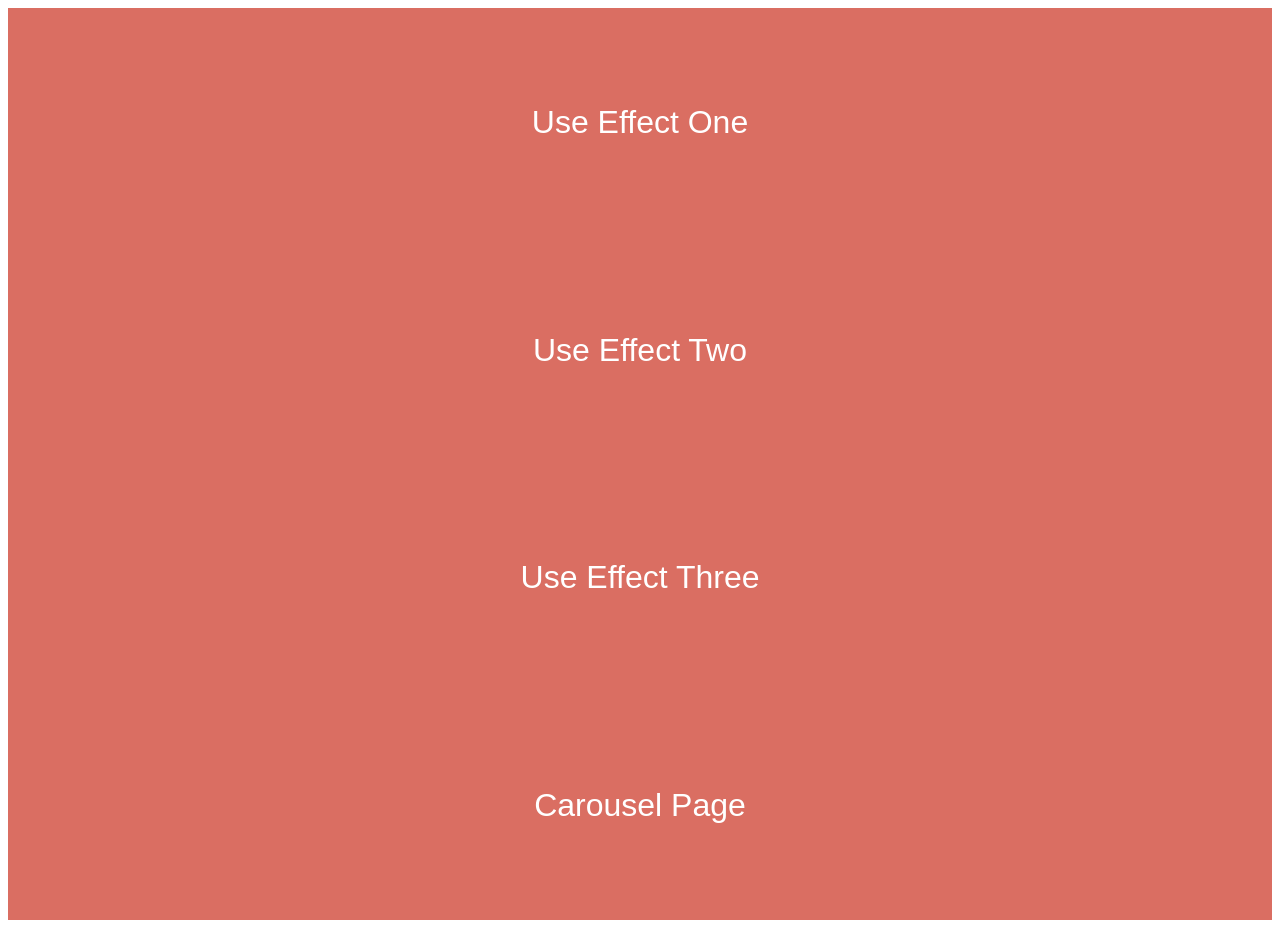
Repository: RonanKhalilOlaes/Class08
Page: /
These files come from the project's save history. The page is drawn as it stood at one moment and after the next save; the edit follows.
The browser window is 1280 px wide. The pictures show the whole page.
The project was rebuilt for these pictures with package versions that can differ from the ones it lists, and the page was loaded fresh each time. The framework's server and built-in components were replaced by stand-ins that run in the browser. Also part of the build but not shown: next.config.js.

Above is the page before, as saved 2023-02-20 22:27:33.

### pages/index.js
import Head from 'next/head'
import styles from '@/styles/Home.module.css'
import Link from 'next/link'


export default function Home() {
  return (
    <>
      <Head>
        <title>Create Next App</title>
        <meta name="description" content="Generated by create next app" />
        <meta name="viewport" content="width=device-width, initial-scale=1" />
        <link rel="icon" href="/favicon.ico" />
      </Head>
      <main className={styles.main}>
        <Link href="/useEffectOne" className={styles.text}>Use Effect One</Link>
        <Link href="/useEffectTwo" className={styles.text}>Use Effect Two</Link>
        <Link href="/useEffectThree" className={styles.text}>Use Effect Three</Link>
        <Link href="/carouselPage" className={styles.text}>Carousel Page</Link>
      </main>
    </>
  )
}

### styles/globals.css
:root {

}

### styles/Home.module.css
.main {
  display: flex;
  flex-direction: column;
  justify-content: space-between;
  align-items: center;
  padding: 6rem;
  min-height: 100vh;

  background-color: rgb(218, 110, 98);
}

.text {
  color: white;
  text-decoration: none;
  font-size: 2rem;
  font-family: Arial, Helvetica, sans-serif;
}

Loaded but not shown: pages/_app.js (common file); pages/_document.js (common file)

After the next save:
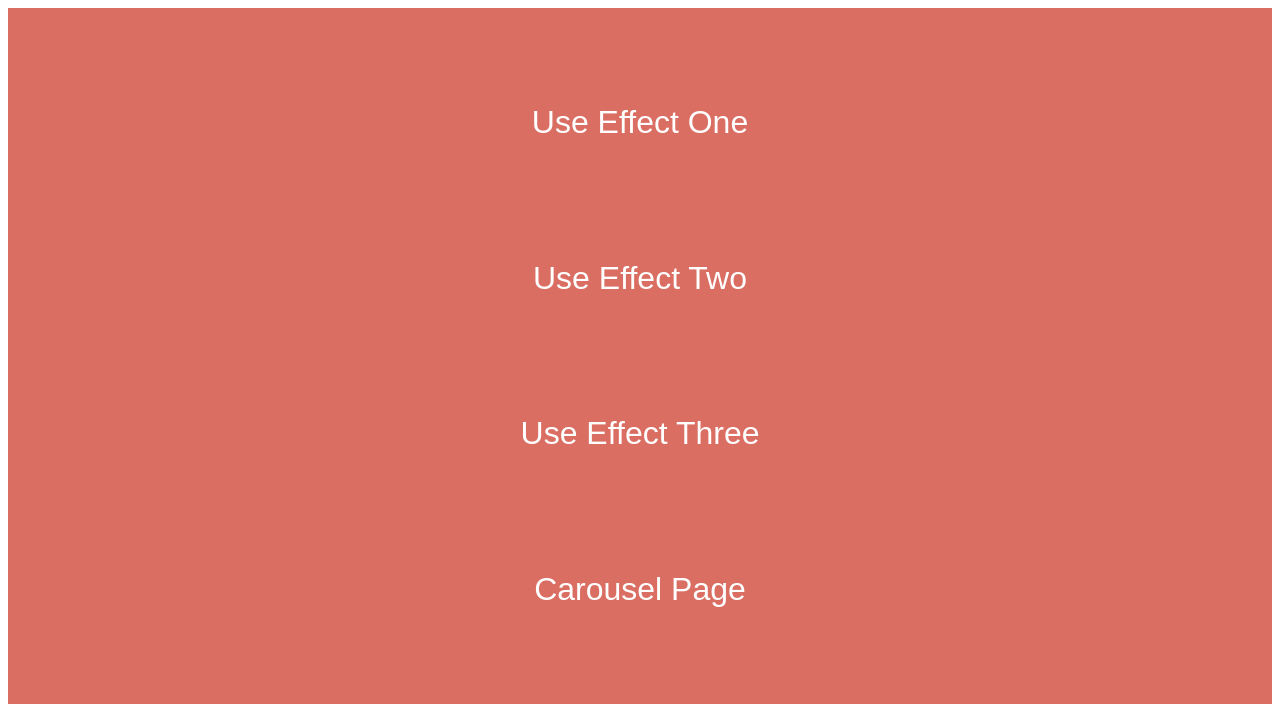
Saved 11 s later.
--- a/styles/Home.module.css
+++ b/styles/Home.module.css
@@ -4,7 +4,7 @@
   justify-content: space-between;
   align-items: center;
   padding: 6rem;
-  min-height: 100vh;
+  min-height: 70vh;
 
   background-color: rgb(218, 110, 98);
 }
